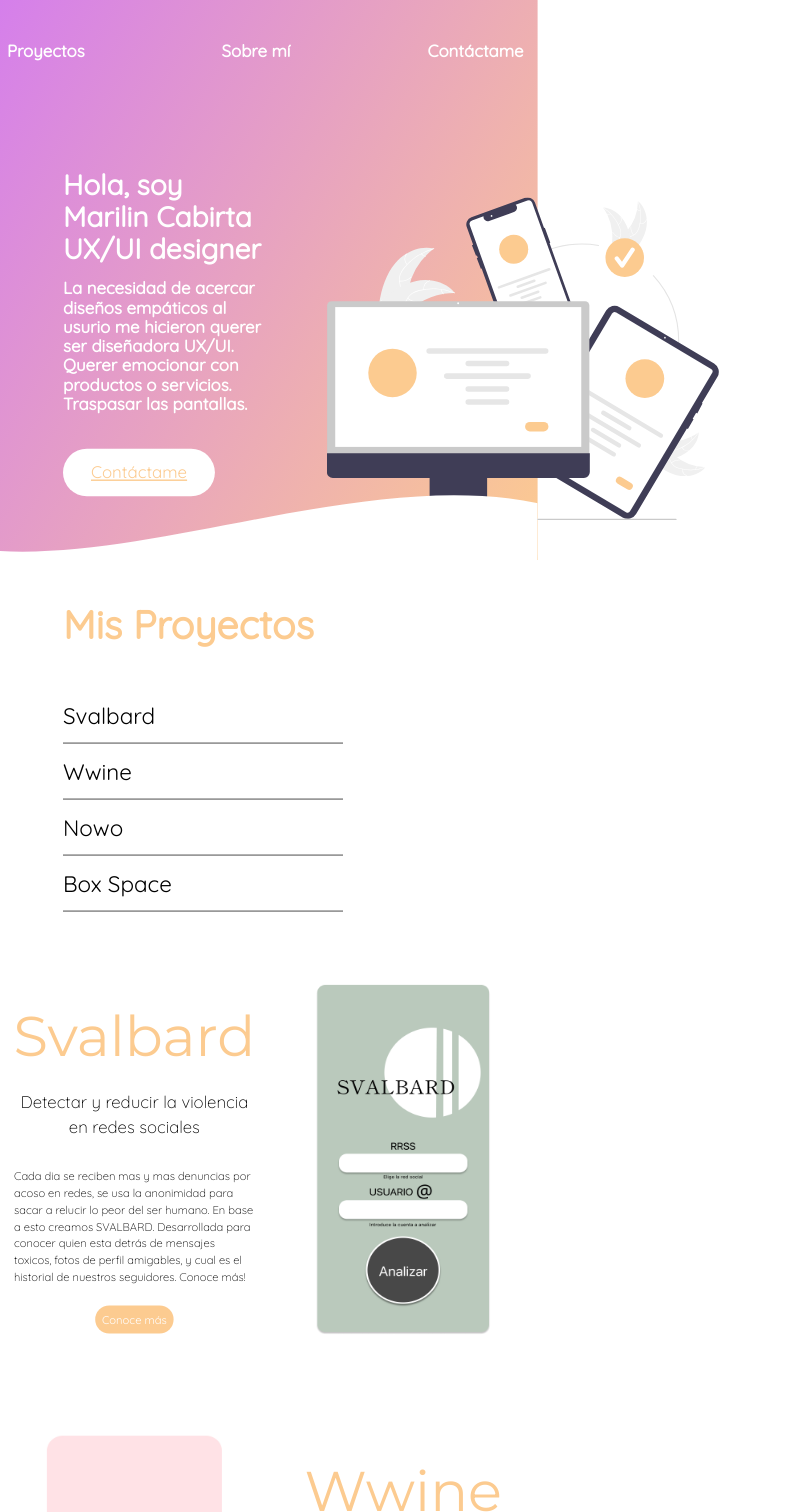
Repository: Marilyncabirta/portfolioHTML
Page: index.html
The author's editor kept a copy of each file at every save. The page is drawn from the files as they stood at one save, then again after the next save.
The browser window is 768 px wide. The page is 1147 px wide, so the pictures cover 1147 px, including what lies to the right of the window. The pictures show the part of the page from y = 0 to 2160 px (the page is 4265 px tall), at 70% of full size.
Backgrounds fixed to the window are drawn as part of the page. Some web libraries are served in a nearby version.

Above is the page before, as saved 2022-12-16 12:42:24.

### index.html
<!DOCTYPE html>
<html lang="es">
<head>
    <meta charset="UTF-8">
    <meta name="viewport" content="width=device-width, initial-scale=1.0">
    <title>Portafolio AlexCG</title>
    <link rel="stylesheet" href="css/normalize.css">
    <link rel="stylesheet" href="css/estilos.css">
    <link rel="preconnect" href="https://fonts.googleapis.com">
<link rel="preconnect" href="https://fonts.gstatic.com" crossorigin>
<link href="https://fonts.googleapis.com/css2?family=Montserrat:wght@100;400;700&family=Quicksand:wght@300;400&display=swap" rel="stylesheet">
</head>


<body>

    <header class="hero">
        <div class="contenedor">
            <nav class="nav">
                <a href="" class="nav__items nav__items--cta">Proyectos</a>
                <a href="" class="nav__items">Sobre mí</a>
                <a href="" class="nav__items">Contáctame</a>
            </nav>

            <section class="hero__contenedor">
                <div class="hero__texts">
                    <h1 class="hero__title">Hola, soy Marilin Cabirta UX/UI designer</h1>
                    <h2 class="hero_subtitle">La necesidad de acercar diseños empáticos al usurio me hicieron querer ser diseñadora UX/UI. Querer emocionar con productos o servicios. Traspasar las pantallas.</h2>
                    <a href="" class="hero_cta">Contáctame</a>
                </div>
                <div class="contenedor_ilustraciones">
                    <img class="hero_image" src="assets/hero1.svg" alt="marilincabirta">
                </div>
            </section>
        </div>
        <div>
            <div class="hero_wave" style= "overflow:hidden;" ><svg viewBox="0 0 500 150" preserveAspectRatio="none" style="height: 100%; width: 100%;"><path d="M-0.56,130.76 C150.00,150.00 349.20,-49.99 503.38,30.10 L500.00,150.00 L0.00,150.00 Z" style="stroke: none; fill: #fff;"></path></svg></div>
        </div>
    </header>

    <main >
        <section class="presentacion__container">
            <h2 class="subtitle--h2">Mis Proyectos</h2>
            <div class="lista">
                <ul>
                    <li><a class="nombres" href="#">Svalbard<a></li>
                        <div class="linea"></div>
                    <li><a class="nombres" href="#">Wwine</a></li>
                        <div class="linea"></div>
                    <li><a class="nombres" href="#">Nowo</a></li>
                        <div class="linea"></div>
                    <li><a class="nombres" href="#">Box Space</a></li>
                        <div class="linea"></div>

                </ul>
            </div>
        </section>

        <section class="about__container">
            <div class="about__texts">
                <h2 class="subtitle">Svalbard</h2>
                <p class="about__paragraph">Detectar y reducir la violencia en redes sociales</p>
                <p class="about__content">Cada dia se reciben mas y mas denuncias por acoso en redes, se usa la anonimidad para sacar a relucir lo peor del ser humano. En base a esto creamos SVALBARD. Desarrollada para conocer quien esta detrás de mensajes toxicos, fotos de perfil amigables, y cual es el historial de nuestros seguidores. Conoce más!</p>
                <a class="about__button" href="">Conoce más</a>
            </div>
            <div class="about__img">
                <img class="about__picture" src="assets/LOG IN.png"   alt="">
            </div>
        </section>

        <section class="about__container">
            <div class="about__img">
                <img src="assets/wwine mockup.jpg" class="about__picture"alt="">
            </div>
            <div class="about__texts">
                <h2 class="subtitle">Wwine</h2>
                <p class="about__paragraph">¿Quién no ha deseado alguna vez poder saber más de un vino antes de comprarlo?</p>
                <p class="about__content">Le damos forma a los deseos de todos los consumidores de vino y desarrollamos este dispositivo para poder conocer las propiedades olfativas de un vino antes de comprarlo. No nos crees? Te contamos más!</p>
                <a class="about__button" href="">Conoce más</a>
            </div>

        </section>

        <section class="about__container">
            <div class="about__texts">
                <h2 class="subtitle">Nowo</h2>
                <p class="about__paragraph">Mejoramos tu forma de viajar</p>
                <p class="about__content">Millones de personas se desplazan todos los días por ocio o por trabajo y su principal carga son las maletas. Venimos a revolucionar el concepto de viajar. Nosotros nos ocupamos de las maletas, ofreciéndote los packs más completos para que nada te falte!</p>
                <a class="about__button" href="">Conoce más</a>
            </div>
            <div class="about__img">
                <img src="assets/Nowo by rebellion 1.jpg" class="about__picture" alt="">
            </div>
        </section>

        <section class="about__container">
            <div class="about__img">
                <img src="assets/mock uo.jpg" class="about__picture" alt="">
            </div>
            <div class="about__texts">
                <h2 class="subtitle">Box Space</h2>
                <p class="about__paragraph">Como conseguimos que haya más usuarios en los parques urbanos?</p>
                <p class="about__content">Esta App fue creada para mejorar la asistencia a los parques urbanos. En un mundo con prisas, acercamos la tecnología y la era digital a aquellos entornos naturales que nos encanta disfrutar, pero que todavía no nos permiten desarrollar todas nuestras facetas diarias cómodamente.Descúbrela!</p>
                <a class="about__button" href="">Conoce más</a>
            </div>

        </section>

    </main>

    <footer class="footer">
        <div container class="container footer__grid">
            <nav class="nav nav--footer">
                <a class="nav_items nav__items--footer" href="">Inicio </a>
                <a class="nav_items nav__items--footer" href="">Sobre mí</a>
                <a class="nav_items nav__items--footer" href="">Proyectos</a>
            </nav>

            <section class="footer__contact">
                <h3 class="footer__title"> Contáctame</h3>
                <div class="footer__icons">
                    <span class="footer__container-icons">
                        <a href="#" class="fab fa-medium footer__icon"></a>
                    </span>
                    <span class="footer__container-icons">
                        <a href="#" class="fab fa-linkedin footer__icon"></a>
                    </span>
                    <span class="footer__container-icons">
                        <a href="#" class="fab fa-mailchimp footer__icon"></a>
                    </span>

                </div>
            </section>



        </div>
    </footer>







    <script src="https://kit.fontawesome.com/b4fd9d412c.js" crossorigin="anonymous"></script>
</body>
</html>

### css/estilos.css

@import url('https://fonts.googleapis.com/css2?family=Montserrat:wght@100;400;700&family=Quicksand:wght@300;400&display=swap');


:root{
    --background:linear-gradient(120deg,#d57feb   0%,#fccb90 100%);
    --color-secondary:#fccb90;
    --color-primary: white;
    --boton-padding: 20px 40px;
}
body{

    font-family: 'Montserrat', sans-serif;
    font-family: 'Quicksand', sans-serif;
}

.hero{
    width: 100%;
    height: 1000px;
    background-image: var(--background);
    background-repeat: no-repeat;
    background-attachment: fixed;
    position: relative;
}

.contenedor{
  padding: 20px 0;

}
.hero__contenedor{
    width: 100%;
    display: grid;
    grid-template-columns: 1fr 1fr ;
    height: 100%;
    justify-content: space-evenly;
    align-items: center;
    padding-bottom: 50px;
    margin: 50px;

}


.contenedor_ilustraciones{
    width: 800px;
    height: auto;
    text-align: center;
    justify-content: center;
}

.hero__texts{
    width: 50%;
    height: inherit;
    color: white;
    margin-top: 20px;
    margin: 0 60px;
}
.hero_image{
    width: 70%
}

.hero_wave{
    position: absolute;
    bottom: 0;
    left: 0;
    height: 100px;
    width: 100%;
}

.nav{
    display: flex;
    justify-content: flex-end;
    height: 80px;
    align-items: right;
    font-weight: 700;
    margin-top: 30px;

}

.nav--footer{
    font-weight: 300;
    justify-content: flex-start;
}

.nav__items{
    color: white;
    text-decoration: none;
    font-size: 32px;
    padding: 20px 15px;
    margin-right: 40px;
    font-weight: inherit;
}

.nav__items--cta{
    border: 2px solid white;
    border-radius: 40px;
}

.nav__items:hover{
    text-decoration: underline;
}
.nav__items--footer{
    padding: 10px;
}



.hero_cta{
    display: inline-block;
    font-size: 24px;
    background-color: var(--color-primary);
    color: #fccb90;
    padding: 20px 40px;
    margin-top: 30px;
    border-radius: 40px;
    text-align: center;
    justify-content: center;
}

.hero__texts{
    width: 90%;
    margin: 40px;
}

.hero__title{
    font-size: 60px;
    margin-top: 80px;

}

.hero__subtitle{
    font-size: 2rem;
    font-weight: 400;
    margin: 20px 0;
}

/* presentacion proyectos */



.presentacion__container{
    width: 60%;
    height: auto;
    padding-top: 0;
    text-align: center;
    text-decoration: none;
    margin-left: 50px;
}

.subtitle{
    font-size: 56px;
    color:var(--color-secondary);
    padding-bottom: 10px;
    font-weight: 700;
    text-align: center;
    margin: 40px;
}
.subtitle--h2{
    font-size: 56px;
    color:var(--color-secondary);
    padding-bottom: 10px;
    font-weight: 700;
    text-align: center;
    margin: 60px 40px;
    text-align: left;
}

.presentacion__container li{
    font-size: 32px;
    margin-top: 10px;
    padding: 10px 0;
    text-decoration: none;
}

.lista li{
 text-decoration: none;
 list-style: none;
 text-align: left;

}

.lista a{
    text-decoration: none;
    color: black;

}

.lista li:hover{
    font-size: 3.5rem;
    transition: 1s;
}

.lista div{
    border-top: 1px solid black;
    height: 2px;
    max-width: 400px;
    padding: 0;
    margin: 10px 0 auto 0;

}

.about__container{
    width: 70%;
    min-height: 800px;
    max-width: 1300px;
    height: auto;
    display: grid;
    grid-template-columns: 1fr 1fr ;
    margin: 60px auto;
    background-color: var(--color-primary);
    align-items: center;

}

.about__texts{

    justify-content: center;
    text-align: left;
    margin: 20px ;

}
.about__img{
     justify-content: center;
    text-align: center;
    margin: 20px;

}

.subtitle{
    font-size: 80px;
    font-family: "Montserrat";
    font-weight: 400;
    margin: 10px auto;

}



.about__picture{
    width: 250px;
    height: 500px;
    max-height: 800px;
}

.about__paragraph{
    margin: 20px;
    line-height: 1.5;
    font-weight: 300;
    font-size: 24px;
}

.about__content{
    font-size: 16px;
    margin: 40px 20px;
    text-align: left;
    line-height: 1.5;
    font-weight: 300;
}

.about__button{
    margin: 60px 20px;
    padding: 10px 10px;
    background-color:var(--color-secondary);
    color: white;
    border-radius: 20px;
    text-align: center;
    text-decoration: none;
}

/* footer */

.footer{
    background:var(--background);
    padding-bottom: 40px;



}

.footer__grid{
    display: grid;
    grid-template-columns: 3fr 2fr;
    gap: 20px;
    align-items: center;
    margin: 40px;
}

.nav_items{
    text-decoration: none;
    color: white;
    font-size: 20px;
    margin:0 0 0 10px;
}

.footer__title{
    font-weight: 400;
    color: white;
    font-size:2rem ;
    margin-bottom: 20px;
    text-align: center;
}

.footer__icons{
    display: flex;
    justify-content: space-evenly;
    font-size: 32px;
}

.footer__container-icons{
    display: inline-block;
    width: 60px;
    height: 60px;
    color: white;
    text-align: center;
    border: 1px solid white;
    border-radius: 50%;

}

.footer__icon{
    color: white;
    text-decoration: none;
    font-size: 30px;

}

.fab.footer__icon{
line-height: 60px;
text-decoration: underline;
}


/* responsive design */

@media screen and (max-width:800px){
        :root{
            --botton-padding:18px 40px;
        }

        .nav{
            justify-content:space-between
        }
        .nav__items--cta{
            border: none;
        }

        .nav__items{
            color: white;
            text-decoration: none;
            font-size: 24px;
            padding: 10px 10px;
            margin-right: 10px;
            font-weight: inherit;
        }

        .nav__items--footer{
            border: none;
        }
        .hero{
            width: 100%;
        }

        .hero__texts{
            width: 100%;
            margin-bottom: 80px;
        }
        .hero__title{
            font-size: 2.5rem;
            margin-bottom: 20px;
        }

        .hero__subtitle{
            font-size: 1.5rem;
        }

        .hero{
            width: 100%;
            height: 800px;
            background-image: var(--background);
            background-repeat: no-repeat;
            background-attachment: fixed;
            position: relative;
        }

        .about__container{
            width: 100%;
            min-height: 500px;
        }
        .about__texts{
            width: 100%;
            justify-content: center;
            text-align: center;
            margin: 60px 0px;

        }

        .hero_image{
            width: 70%;
        }

        .presentacion__container{
            width: 80%;
        }

         .about__img{
            width: auto;
            text-align: center;
        }
    .footer{
        width: 100%;
    }
}


@media screen and (max-width:500px){

    :root{
        --botton-padding:15px 20px;
    }

    .hero{
        width: 100%;
        height: auto;
        position: relative;
    }
    .hero__contenedor{
        width: 100%;
        display: grid;
        grid-template-columns: 1fr;
        height: 100%;
        justify-content: center;
        align-items: center;
        padding-bottom: 80px;

    }
    .nav{
        flex-wrap: nowrap;
        justify-content: space-evenly;
        margin-top: 10px;

    }
    .nav__items--cta{
        border: none;
    }

    .nav__items{
        color: white;
        text-decoration: none;
        font-size: 20px;
        padding: 10px 20px;
        margin-right: 20px;

    }

    .nav__items--footer{
        border: none;
    }


    .hero__texts{
        margin-bottom: 50px;
        text-align: center;
    }
    .hero__title{
        font-size: 2rem;
        margin-bottom: 20px;
    }

    .hero__subtitle{
        font-size: 2rem;
        margin-bottom: 20px;
    }


    /* about */

    .subtitle{
        font-size: 2.5rem;
    }
    .about__paragraph{
        margin: 10px 10px;
        line-height: 1.5;
        font-weight: 300;
        font-size: 16px;
        text-align: left;
    }

    .about__content{
        font-size: 16px;
        margin: 10px 10px 40px 10px ;
        text-align: left;
        line-height: 1.5;
        font-weight: 300;
    }

    .nombres{
        font-size: 24px;
    }

    .about__container{
        width: 80%;
        min-height: 600px;
        height: auto;
        display: grid;
        margin: 20px auto;
        background-color: var(--color-primary);
        align-items: center;
     }

     .about__picture{
        width: 140px;
        height: 300px;
        max-height: 800px;

    }
     .contenedor_ilustraciones{
        width: 100%;
        height: auto;
        text-align: center;
        justify-content: center;
    }

    .about__texts:nth-child(2), :nth-child(4){
        grid-row: 1/2;
     }

     /* Footer */
     }

Loaded but not shown: css/normalize.css (library)

After the next save:
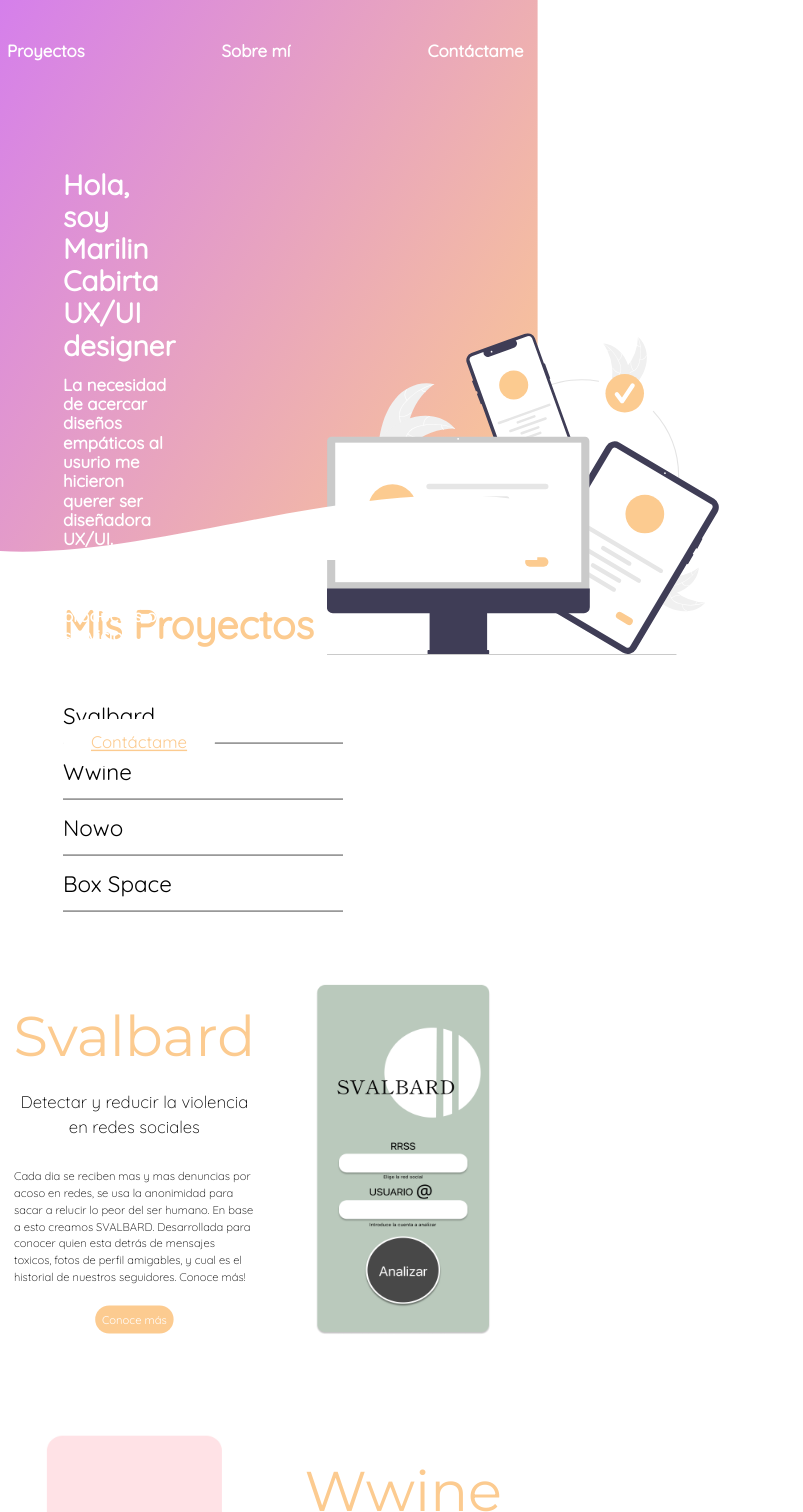
Saved 77 s later.
--- a/css/estilos.css
+++ b/css/estilos.css
@@ -359,8 +359,20 @@
             width: 100%;
         }
 
+        .hero__contenedor{
+            width: 100%;
+            display: grid;
+            grid-template-columns: 1fr 1fr ;
+            height: 100%;
+            justify-content: space-evenly;
+            align-items: center;
+            padding-bottom: 50px;
+            margin: 50px;
+
+        }
+
         .hero__texts{
-            width: 100%;
+            width: 50%;
             margin-bottom: 80px;
         }
         .hero__title{

After the save that followed:
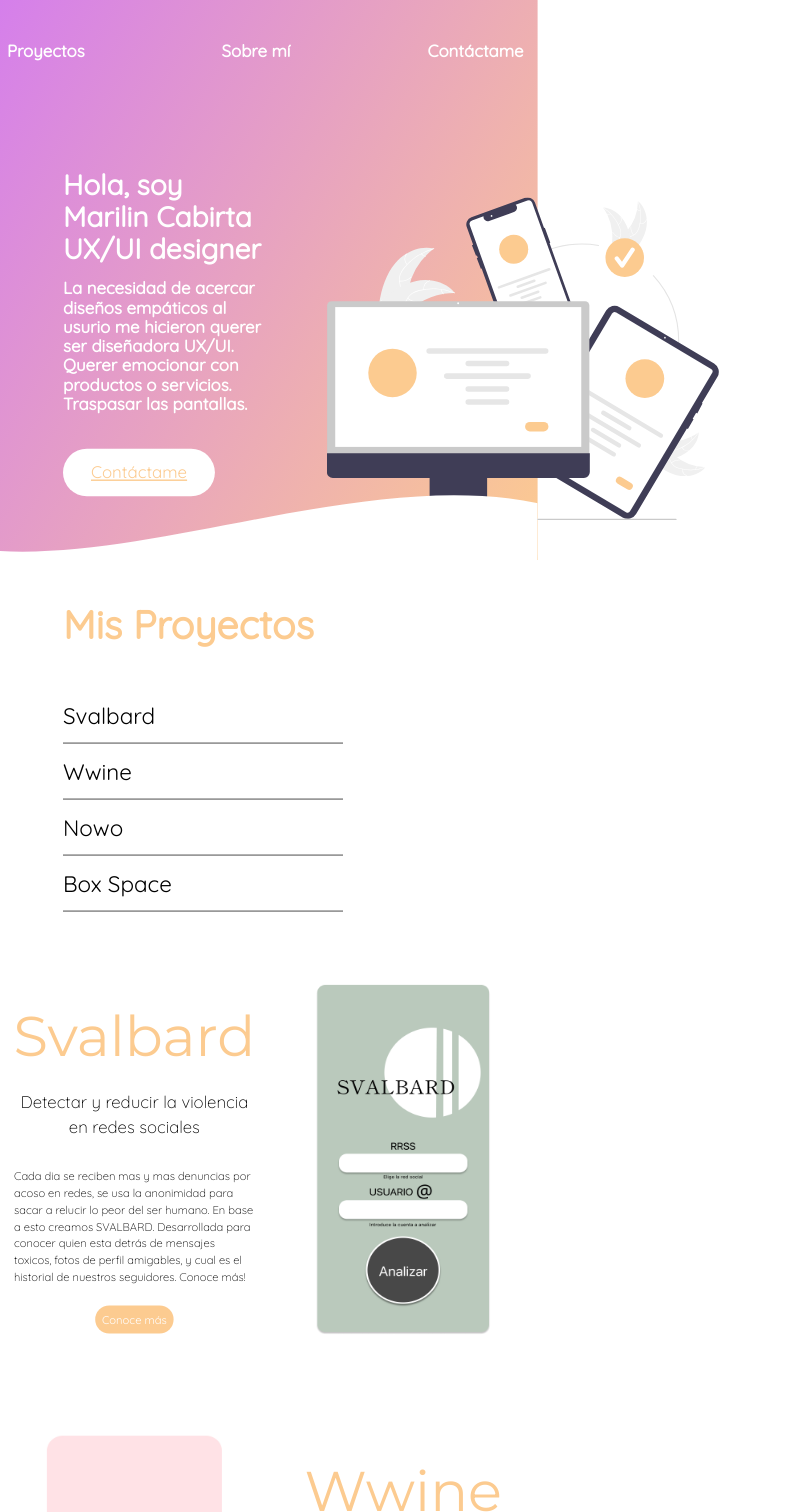
Saved 5 s later.
--- a/css/estilos.css
+++ b/css/estilos.css
@@ -372,7 +372,7 @@
         }
 
         .hero__texts{
-            width: 50%;
+            width: 100%;
             margin-bottom: 80px;
         }
         .hero__title{
